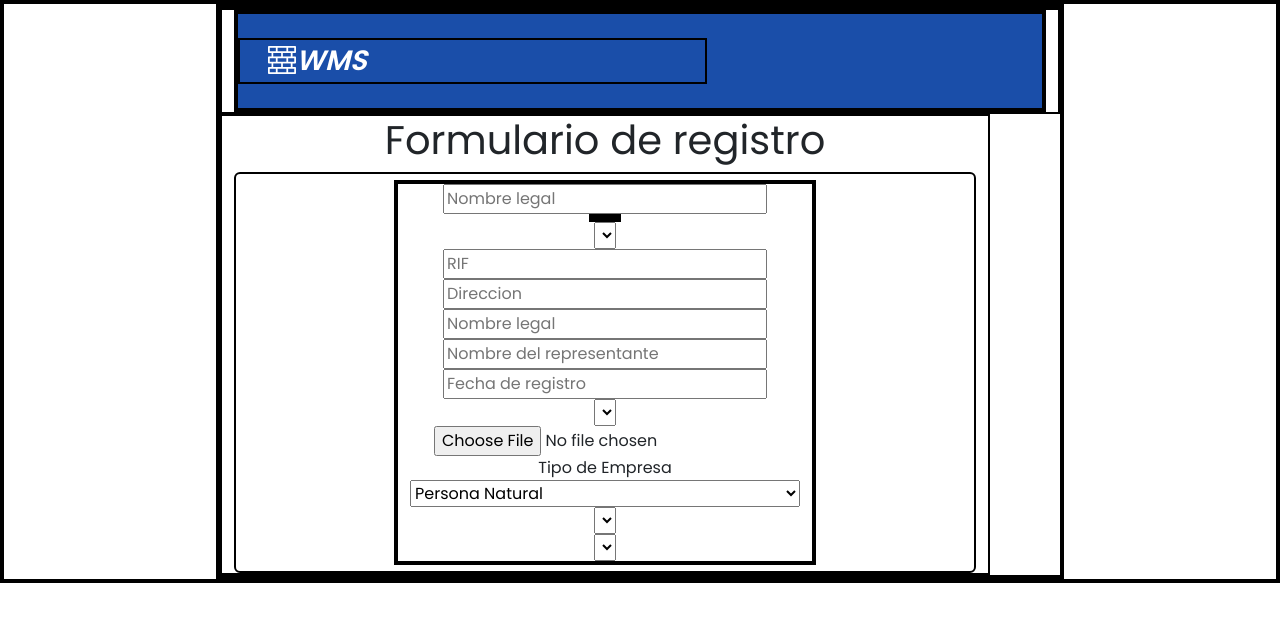
Repository: Rafa-x64/Gestion_inventario_practica
Page: http://localhost/Gestion_inventario/index.php?page=registro-empresa
An editor plug-in stored every save of this project. The page is shown before and after the next save, followed by the edit.
The browser window is 1280 px wide. The pictures show the whole page.
The page is run by PHP 8.4 with error messages shown; the project is at /var/www/html/.

Above is the page before, as saved 2025-07-22 17:54:21.

After the next save:
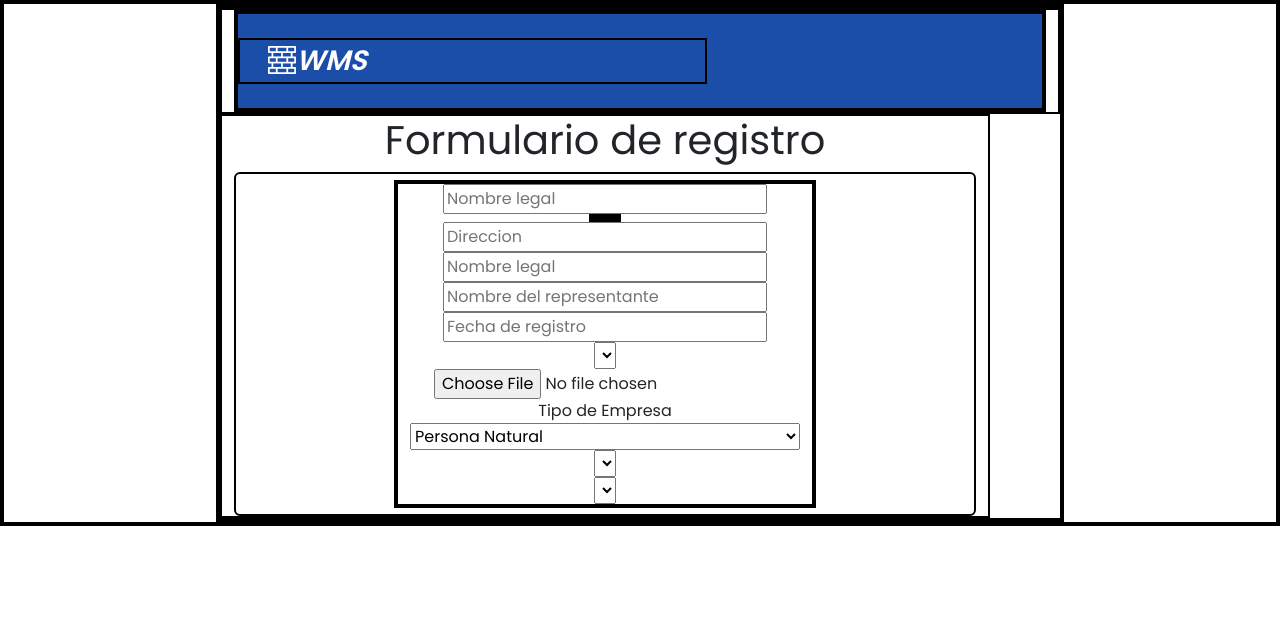
Saved 8 s later.
--- a/view/php/registro-empresa-view.php
+++ b/view/php/registro-empresa-view.php
@@ -35,15 +35,6 @@
 
                                     </div>
                                 </div>
-                                <select name="" id="">
-                                    <option value=""></option>
-                                    <option value=""></option>
-                                    <option value=""></option>
-                                    <option value=""></option>
-                                    <option value=""></option>
-                                    <option value=""></option>
-                                </select>
-                                <input type="text" name="" id="rif" placeholder="RIF">
                                 <input type="text" name="" id="direccion" placeholder="Direccion">
                                 <input type="text" name="" id="nombre_legal" placeholder="Nombre legal">
                                 <input:mail id="correo" placeholder="Correo electronico"></input:mail>
